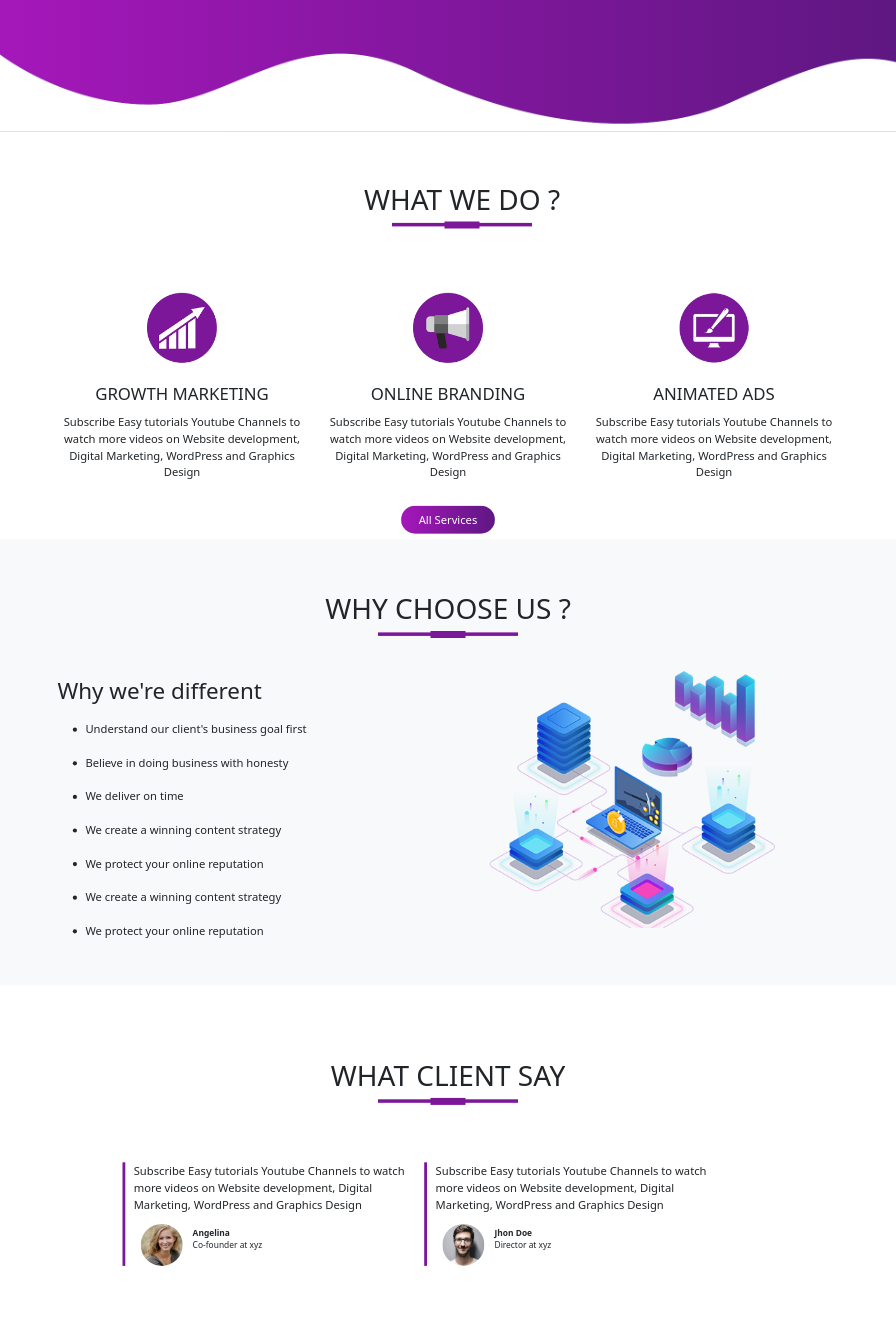
Repository: wadelfadill/Bootstrap_tache_2_website_design
Page: index.html
An editor plug-in stored every save of this project. The page is shown before and after the next save, followed by the edit.
The browser window is 1280 px wide. The pictures show the part of the page from y = 529 to 2449 px (the page is 3236 px tall before and 3184 px after), at 70% of full size.
Some web libraries are served in a nearby version.

Above is the page before, as saved 2023-04-06 15:18:01.

### index.html
<!DOCTYPE html>
<html lang="en">
<head>
    <meta charset="UTF-8">
    <meta http-equiv="X-UA-Compatible" content="IE=edge">
    <meta name="viewport" content="width=device-width, initial-scale=1.0">
    <!-- bootstrap css link -->
    <link href="https://cdn.jsdelivr.net/npm/bootstrap@5.1.3/dist/css/bootstrap.min.css" rel="stylesheet" integrity="sha384-1BmE4kWBq78iYhFldvKuhfTAU6auU8tT94WrHftjDbrCEXSU1oBoqyl2QvZ6jIW3" crossorigin="anonymous">
    <!-- css sheet link -->
    <link rel="stylesheet" href="style.css">
    <!-- fontawsome link -->
    <link rel="stylesheet" href="https://cdn.jsdelivr.net/npm/@fortawesome/fontawesome-free@6.2.1/css/fontawesome.min.css">
    <title>bootstrap_website_design</title>
    <script src="https://kit.fontawesome.com/8f130c8a35.js" crossorigin="anonymous"></script>
</head>
<body>
    <section id="nav-bar" class="sticky-top t-0">
        <nav class="navbar navbar-expand-lg navbar-light p-0">
            <div class="container-fluid">
              <a class="navbar-brand" href="#"><img src="images/demo-logo.png" alt="" class="w-75 h-50 p-2"></a>
              <button class="navbar-toggler" type="button" data-bs-toggle="collapse" data-bs-target="#navbarSupportedContent" aria-controls="navbarSupportedContent" aria-expanded="false" aria-label="Toggle navigation">
                <span><i class="fa-solid fa-bars fs-1" style="color: #ffffff;"></i></span>
              </button>
              <div class="collapse navbar-collapse justify-content-end" id="navbarSupportedContent">
                <ul class="navbar-nav ms-auto mb-2 mb-lg-0 ">
                  <li class="nav-item pt-0 pb-1 fw-bold">
                    <a class="nav-link active text-white float-end text-start" aria-current="page" href="#banner">HOME</a>
                  </li>
                  <li class="nav-item pt-0 pb-1 fw-bold">
                    <a class="nav-link text-white float-end text-start" href="#services">SERVICES</a>
                  </li>
                  <li class="nav-item pt-0 pb-1 fw-bold">
                    <a class="nav-link text-white float-end text-start" href="#about-us">ABOUT US</a>
                  </li>
                  <li class="nav-item pt-0 pb-1 fw-bold">
                    <a class="nav-link text-white float-end text-start" href="#testimonials">TESTIMONIALS</a>
                  </li>
                  <li class="nav-item pt-0 pb-1 fw-bold">
                    <a class="nav-link text-white float-end text-start" href="#footer">CONTACT</a>
                  </li>
                </ul>
              </div>
            </div>
          </nav>
    </section>
     <!--banner section  -->
     <section id="banner" class="text-white pt-5">
      <div class="container">
        <div class="row">
          <div class="col-md-6">
            <p class="h2 mt-5">BEST DIGITAL AGENCY</p>
            <p>
              Subscribe Easy tutorials Youtube Channels to watch more videos on
              Website development, Digital Marketing, WordPress and Graphics Design
            </p>
            <a href="" class="tuto text-white text-decoration-none"><img src="images/play.png" alt="" class="play-btn"> Watch tutorials</a>
          </div>
          <div class="col-md-6 text-center">
            <img src="images/home2.png" alt="" class="img-fluid">
          </div>
        </div>
      </div>
     <img src="images/wave1.png" alt="" class="w-100">
     </section>
     <!-- services section -->
     <section id="services" class="pt-5 pb-0">
        <div class="container text-center">
          <div class="row ">
            <h1 class="title text-center">WHAT WE DO ? </h1>
          </div>

          <div class="row text-center">
            <div class="col-md-4 services">
              <img src="images/service1.png" alt="" class="service-img">
              <h4>Growth Marketing</h4>
              <p>
                Subscribe Easy tutorials Youtube Channels to watch more videos on
                Website development, Digital Marketing, WordPress and Graphics Design
              </p>
            </div>
            <div class="col-md-4 services">
              <img src="images/service2.png" alt="" class="service-img">
              <h4>Online Branding</h4>
              <p>
                Subscribe Easy tutorials Youtube Channels to watch more videos on
                Website development, Digital Marketing, WordPress and Graphics Design
              </p>
            </div>
            <div class="col-md-4 services">
              <img src="images/service3.png" alt="" class="service-img">
              <h4>Animated Ads</h4>
              <p>
                Subscribe Easy tutorials Youtube Channels to watch more videos on
                Website development, Digital Marketing, WordPress and Graphics Design
              </p>
            </div>
          </div>
          <button type="button" class="btn btn-primary mb-2">All Services </button>
        </div>
     </section>
     <!-- about us  -->
     <section id="about-us">
        <div class="container">
          <h1 class="title text-center"> WHY CHOOSE US ?</h1>
          <div class="row">
            <div class="col-md-6">
              <p class="h2 mt-4">Why we're different</p>
              <ul class="ms-2">
                <li class="mt-4 mb-0">Understand our client's business goal first</li>
                <li class="mt-4 mb-0">Believe in doing business with honesty</li>
                <li class="mt-4 mb-0">We deliver on time</li>
                <li class="mt-4 mb-0">We create a winning content strategy</li>
                <li class="mt-4 mb-0">We protect your online reputation</li>
                <li class="mt-4 mb-0">We create a winning content strategy</li>
                <li class="mt-4 mb-0">We protect your online reputation</li>
              </ul>
            </div>
            <div class="col-md-6">
              <img src="images/network.png" alt="" class="img-fluid">
            </div>
          </div>
        </div>
     </section>
     <!-- testimonials section -->
     <section id="testimonials">
      <div class="container">
        <h1 class="title text-center"> WHAT CLIENT SAY</h1>
        <div class="row offset-1">
          <div class="col-md-5 testimonials">
            <p>
              Subscribe Easy tutorials Youtube Channels to watch more videos on
              Website development, Digital Marketing, WordPress and Graphics Design
            </p>
            <img src="images/user1.jpg" alt="">
            <p class="user-details"><b>Angelina</b><br>Co-founder at xyz</p>

          </div>
          <div class="col-md-5 testimonials">
            <p>
              Subscribe Easy tutorials Youtube Channels to watch more videos on
              Website development, Digital Marketing, WordPress and Graphics Design
            </p>
            <img src="images/user2.jpg" alt="">
            <p class="user-details"><b>Jhon Doe</b><br>Director at xyz</p>
          </div>
        </div>
      </div>
     </section>
     <!-- social media section -->
     <section id="social-media">
        <div class="container text-center">
          <p>FIND US ON SOCIAL MEDIA</p>
          <div class="social-icons">
            <a href=""><img src="images/facebook-icon.png" alt=""></a>
            <a href=""><img src="images/instagram-icon.png" alt=""></a>
            <a href=""><img src="images/twitter-icon.png" alt=""></a>
            <a href=""><img src="images/whatsapp-icon.png" alt=""></a>
            <a href=""><img src="images/linkedin-icon.png" alt=""></a>
            <a href=""><img src="images/snapchat-icon.png" alt=""></a>
          </div>

        </div>
     </section>
     <!-- footer section -->
     <section id="footer">
      <img src="images/wave2.png" alt="" class="footer-img">
      <div class="container">
        <div class="row">
          <div class="col-md-4 footer-box">
            <img src="images/demo-logo.png" alt="">
            <p>
              Subscribe Easy tutorials Youtube Channels to watch more videos on
              Website development, Digital Marketing, WordPress and Graphics Design
            </p>

          </div>
          <div class="col-md-4 footer-box">
            <p><b>CONTACT US</b></p>
            <P><i class="fa-solid fa-location-dot" style="color: #ffffff;"></i>World Trade Center, bangalore</P>
            <P><i class="fa-solid fa-phone" style="color: #ffffff;"></i>+1 0123456789</P>
            <P><i class="fa-solid fa-envelope" style="color: #ffffff;"></i>xyz@gmail.com</P>
          </div>
          <div class="col-md-4 footer-box">
            <p><b> SUBSCRIBE NEWSLETTER</b></p>
            <input type="mail" name="" id="" class="form-control" placeholder="Your Email">
            <button type="button" class="btn btn-primary">Subscribe</button>
          </div>
        </div>
        <hr>
        <p class="copyright">Website certified by EL_FADILL</p>
      </div>
     </section>


     <!-- smooth scroll -->
     <script src="https://cdn.jsdelivr.net/gh/cferdinandi/smooth-scroll/dist/smooth-scroll.polyfills.min.js">
        var scroll = new SmoothScroll('a[href*="#"]');
     </script>

        <!-- bootstrap js link -->
    <script src="https://cdn.jsdelivr.net/npm/bootstrap@5.1.3/dist/js/bootstrap.bundle.min.js" integrity="sha384-ka7Sk0Gln4gmtz2MlQnikT1wXgYsOg+OMhuP+IlRH9sENBO0LRn5q+8nbTov4+1p" crossorigin="anonymous"></script>
</body>
</html>

### style.css
*{
    margin: 0;
    padding: 0;
}
.navbar{
    background-image: linear-gradient(to right, #a517ba, #5f1782);
}
.navbar-toggler{
    outline: none !important;
}
/* Banner section */
#banner{
    background-image: linear-gradient(to right, #a517ba, #5f1782);


}
.play-btn{
    width: 45px;
    margin: 20px;
}
.service-img{
    width: 100px;
    margin-top: 20px;
}
.services{
    padding: 20px;
}
.services h4{
    padding: 5px;
    margin-top: 25px;
    text-transform: uppercase;
}
.title{
    margin: 20px;
}
.title::before{
    content: '';
    background: #7b1798;
    height: 5px;
    width: 200px;
    margin-left: auto;
    margin-right: auto;
    display: block;
    transform: translateY(63px);
}
.title::after{
    content: '';
    background: #7b1798;
    height: 10px;
    width: 50px;
    margin-left: auto;
    margin-right: auto;
    margin-bottom: 40px;
    display: block;
    transform: translateY(8px);
}
#services .btn-primary{
    box-shadow: none;
    padding: 8px 25px;
    border-radius: 20px;
    background-image: linear-gradient(to right, #a517ba, #5f1782);
    outline: none;
    border: none;

}
#about-us{
    background: #f8f9fa;
    padding-bottom: 50px;
    padding-top: 50px;
}
/* testimonials section */
#testimonials{
    margin: 100px 0;

}
.testimonials{
    border-left: 4px solid #7b1798;
    margin-top: 50px;
    margin-bottom: 50px;
}
.testimonials img{
    height: 60px;
    width: 60px;
    border-radius: 50%;
    margin: 0 10px;
}
.user-details{
    display: inline-block;
    font-size: 12px;
}
/* social media secion */
#social-media{
    background: #f8f9fa;
    padding: 100px 0;
}
#social-media p{
    font-size: 36px;
    font-weight: 600;
    margin-bottom: 30px;

}
.social-icons img{
    width: 60px;
    transition: 0.5s;
}
.social-icons a:hover img{
    transform: translateY(-10px);
}
/* footer section */
#footer{
    background-image: linear-gradient(to right, #a517ba, #5f1782);
}
.footer-img{
    width: 100%;
}
.footer-box{
    padding: 20px;

}
.footer-box img{
    width: 120px;
    margin-bottom: 20px;
}
.footer-box .fa-solid{
    margin-right: 8px;
    font-size: 25px;
    width: 40px;
    text-align: center;
    padding-top: 7px;
    border-radius: 2px;
    background-image: linear-gradient(to right, #a517ba, #5f1782);
}
.footer-box .form-control{
    box-shadow: none;
    border: none;
    border-radius: 0;
    margin-top: 25px;
    max-width: 250px;
}
.footer-box .btn-primary{
    box-shadow: none;
    border: none;
    border-radius: 0;
    margin-top: 30px;
    background-image: linear-gradient(to right, #a517ba, #5f1782);

}
hr{
    background-color: #ffff;

}
.copyright{
    margin-bottom: 0;
    padding-bottom: 0;
    text-align: center;
}

After the next save:
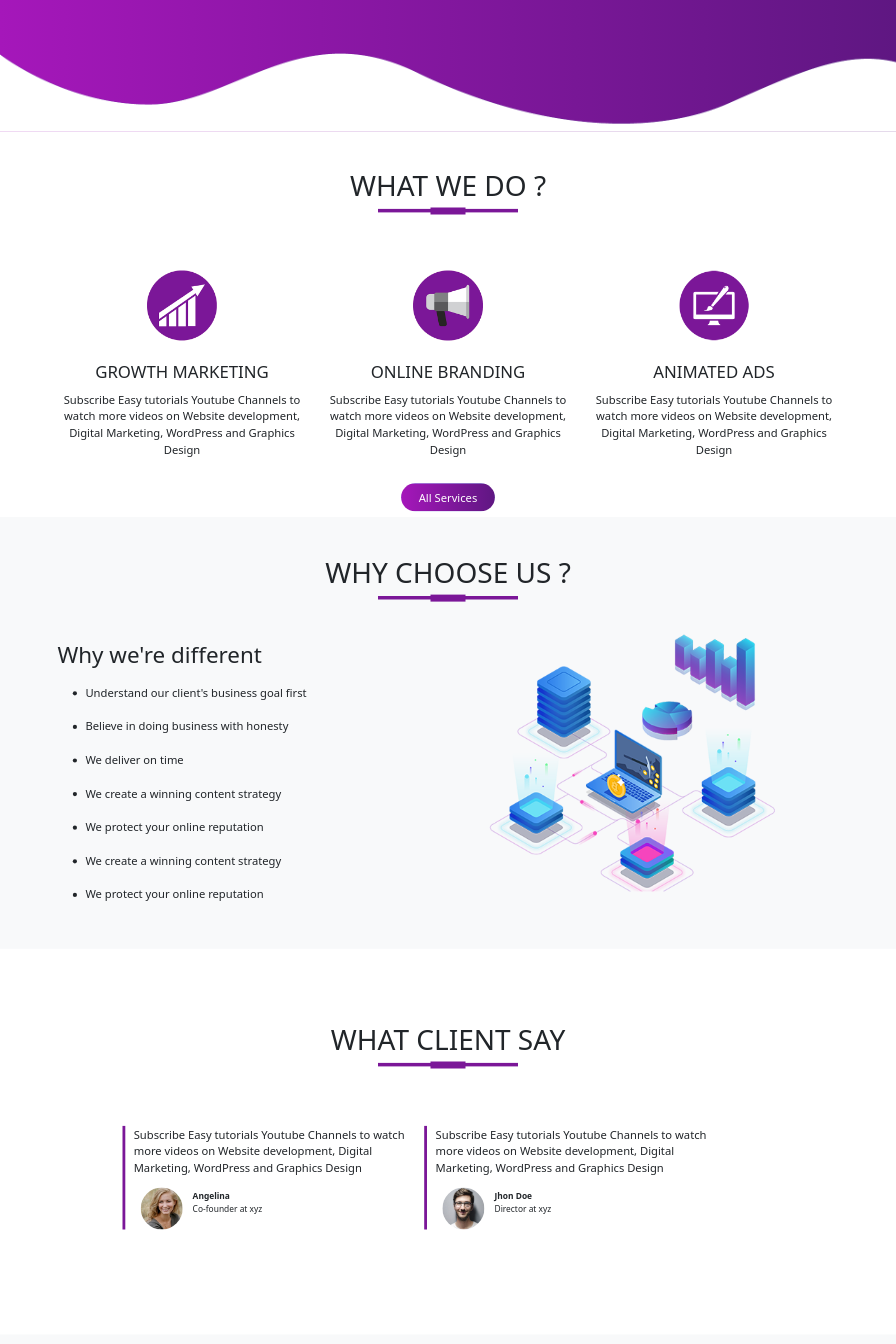
Saved 2 min 35 s later.
--- a/style.css
+++ b/style.css
@@ -29,9 +29,6 @@
     padding: 5px;
     margin-top: 25px;
     text-transform: uppercase;
-}
-.title{
-    margin: 20px;
 }
 .title::before{
     content: '';
